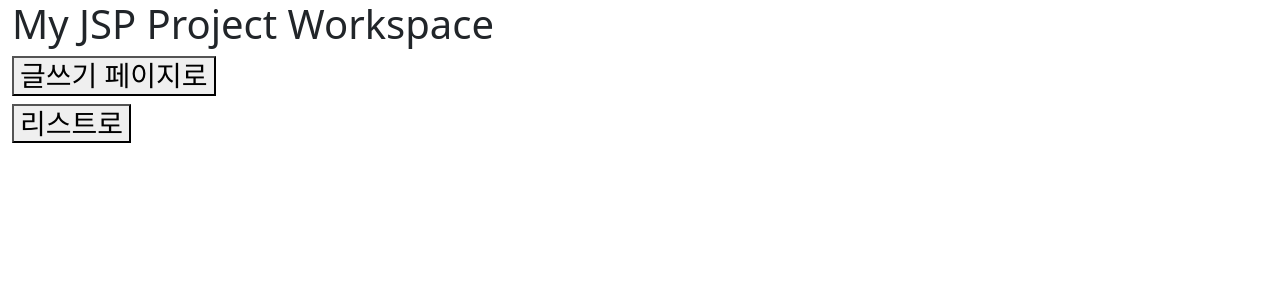
Repository: gajami-kim/240430_JSPJSTL_Study
Page: http://localhost/jsp_study2/index.jsp
The author's editor kept a copy of each file at every save. The page is drawn from the files as they stood at one save, then again after the next save.
The browser window is 1280 px wide. The pictures show the whole page.
The page is served by Tomcat 9. Other server files are loaded and not shown.

Above is the page before, as saved 2024-04-16 06:44:03.

### _jsp_workspace2/jsp_study2/src/main/webapp/index.jsp
<%@ page language="java" contentType="text/html; charset=UTF-8"
    pageEncoding="UTF-8"%>
<!DOCTYPE html>
<html>
<head>
<meta charset="UTF-8">
<title>Insert title here</title>
<link href="https://cdn.jsdelivr.net/npm/bootstrap@5.3.3/dist/css/bootstrap.min.css" rel="stylesheet" integrity="sha384-QWTKZyjpPEjISv5WaRU9OFeRpok6YctnYmDr5pNlyT2bRjXh0JMhjY6hW+ALEwIH" crossorigin="anonymous">
<script src="https://cdn.jsdelivr.net/npm/bootstrap@5.3.3/dist/js/bootstrap.bundle.min.js" integrity="sha384-YvpcrYf0tY3lHB60NNkmXc5s9fDVZLESaAA55NDzOxhy9GkcIdslK1eN7N6jIeHz" crossorigin="anonymous"></script>
</head>
<body>
<div class="container-xxl">
	<h1>My JSP Project Workspace</h1>
	<h3> <a href="/brd/register"> <button>글쓰기 페이지로</button></a> </h3>
	<h3> <a href="/brd/list"> <button>리스트로</button> </a> </h3>
</div>
</body>
</html>

After the next save:
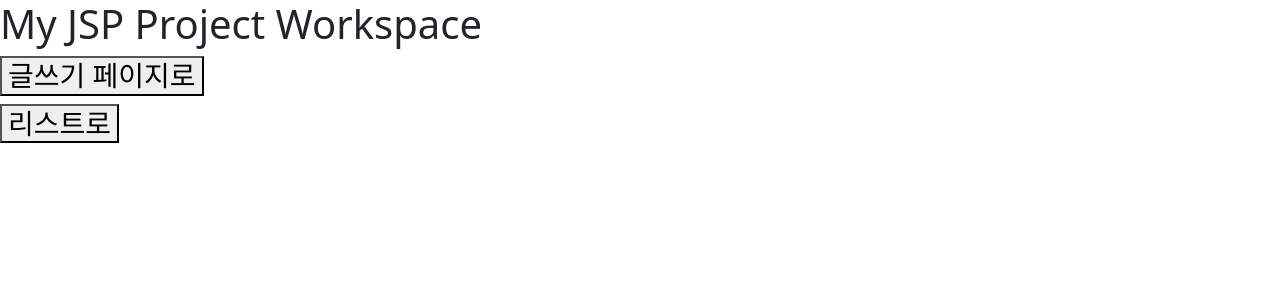
Saved 12 s later.
--- a/_jsp_workspace2/jsp_study2/src/main/webapp/index.jsp
+++ b/_jsp_workspace2/jsp_study2/src/main/webapp/index.jsp
@@ -9,7 +9,7 @@
 <script src="https://cdn.jsdelivr.net/npm/bootstrap@5.3.3/dist/js/bootstrap.bundle.min.js" integrity="sha384-YvpcrYf0tY3lHB60NNkmXc5s9fDVZLESaAA55NDzOxhy9GkcIdslK1eN7N6jIeHz" crossorigin="anonymous"></script>
 </head>
 <body>
-<div class="container-xxl">
+<div>
 	<h1>My JSP Project Workspace</h1>
 	<h3> <a href="/brd/register"> <button>글쓰기 페이지로</button></a> </h3>
 	<h3> <a href="/brd/list"> <button>리스트로</button> </a> </h3>
